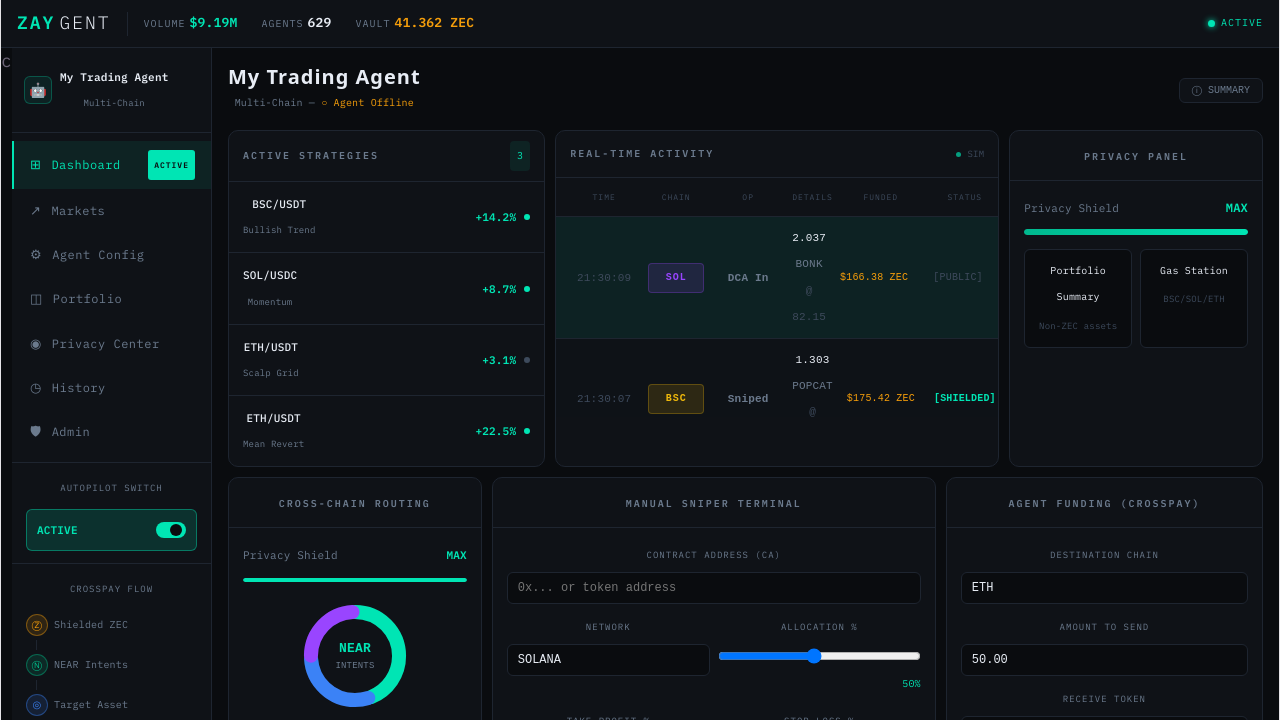
Repository: joshuaonazi/ZayAgent
Page: / (app in zaygent/)
The author's editor kept a copy of each file at every save. The page is drawn from the files as they stood at one save, then again after the next save.
The browser window is 1280 px wide. The pictures show the whole page.
The page's requests for data from a server got no answer. An inner scrolling area shows only its first screen. The project was rebuilt for these pictures with package versions that can differ from the ones it lists, and the page was loaded fresh each time. No one was signed in, and anything a server would have sent is missing. Also part of the build but not shown: zaygent/vite.config.js, zaygent/src/components/StatCard.jsx, zaygent/src/pages/Markets.jsx, zaygent/src/pages/AgentConfig.jsx, zaygent/src/components/PnLCard.jsx, zaygent/src/components/PnLCardModal.jsx, zaygent/src/hooks/useAgentPositions.js, zaygent/src/pages/Portfolio.jsx and 3 more.

Above is the page before, as saved 2026-06-15 22:51:33.

After the next save:
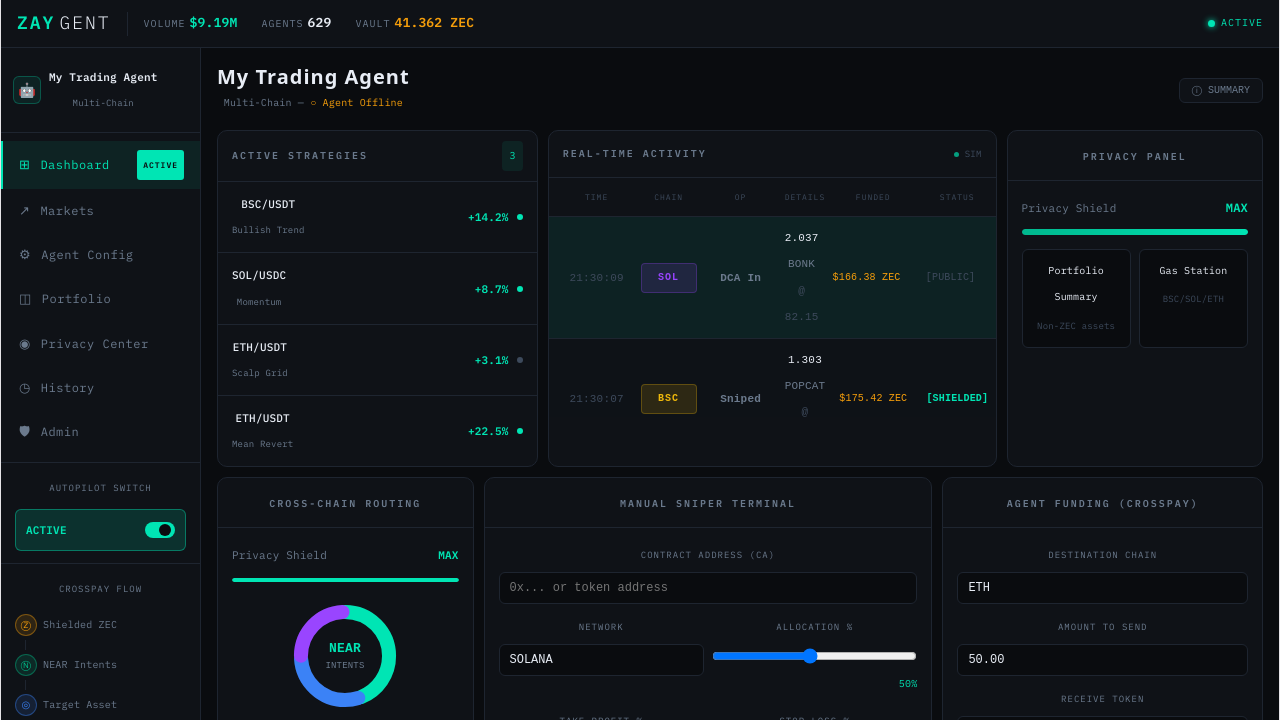
Saved 63 min 56 s later.
--- a/zaygent/src/zaygent.jsx
+++ b/zaygent/src/zaygent.jsx
@@ -118,7 +118,7 @@ export default function Zaygent() {
           <div onClick={() => setSidebarOpen(false)} style={{ position: "absolute", inset: 0, background: "rgba(0,0,0,0.6)", zIndex: 10 }} />
         )}
 
-        {/* Sidebar */}c
+        {/* Sidebar */}
         <div style={{
           width: 200, background: COLORS.bgCard,
           borderRight: `1px solid ${COLORS.border}`,
